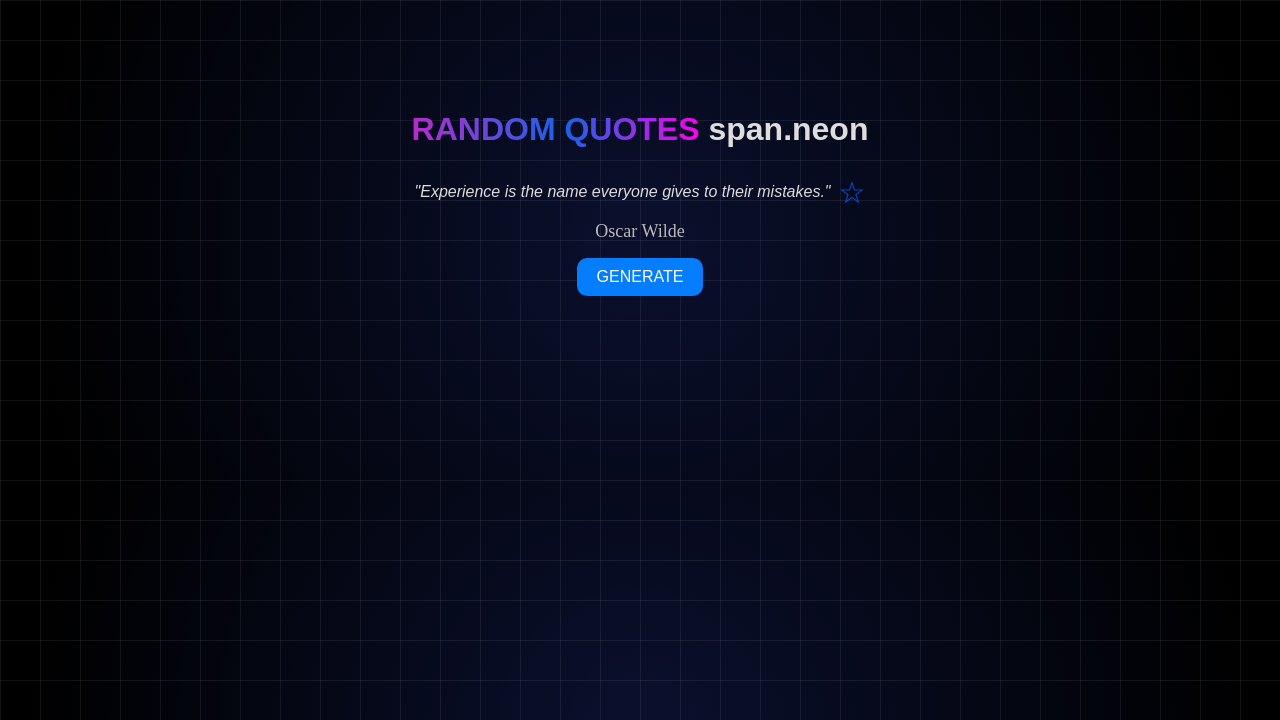
Repository: Adel-la/random-quotes
Page: index.html
These files come from the project's save history. The page is drawn as it stood at one moment and after the next save; the edit follows.
The browser window is 1280 px wide. The pictures show the whole page.

Above is the page before, as saved 2025-06-26 22:27:19.

### index.html
<!DOCTYPE html>
<html lang="ru">
<head>
  <meta charset="UTF-8" />
  <title>Random Quotes</title>
  <link rel="stylesheet" href="styles.css" />
</head>
<body>
  <main class="main">
    <h1 class="h1-title"> <span class="special-text">RANDOM QUOTES</span> span.neon</h1>
    <div class="quote-container">
      <p id="quote" class="quote"></p>
      <button id="favorite" class="favorite">☆</button>
    </div>
    <p id="author" class="quote-author"></p>
    <button id="generate" class="btn">GENERATE</button>

    <div id="favorites-container" class="favorites-container"></div>
  </mainс>
  <script type="module" src="main.js"></script>
</body>
</html>

### styles.css

body {
  font-family: Arial, sans-serif;
  color: aliceblue;
  box-sizing: border-box;
  margin: 0;
  padding: 20px;
}

.favorites-container{
  max-width: 600px;
  margin: 50px auto;
  text-align: center;
}

.btn{
  padding: 10px 20px;
  font-size: 16px;
  background-color: #047dff;
  color: #fff;
  border: none;
  cursor: pointer;
  border-radius: 10px;
  margin-top: 10px;
  transition: background-color 0.3s ease;
}

.btn:hover{
  background-color: #004691;
  transform: scale(1.1);
  transition: 0.2s;
}

.paragraph{
  background-color: #111111;
  border-radius: 5px;
  width: fit-content;
  padding: 5px;
  text-align: center;
  margin: 2px auto;
}

#quote::before,
#quote::after{
  content: '"';
}

.quote-container {
  display: inline-flex;
  align-items: center;
  justify-content: center;
  margin: 0 auto;
  border-radius: 5px;
  padding: 5px 10px;
}

/* Убираем фон из quote, чтобы весь блок (цитата + звезда) имел один фон */
.quote {
  margin: 0;
  padding: 0;
  font-style: italic;
  display: inline;
}

/* Звездочка вплотную к цитате */
.favorite {
  color: rgb(0, 89, 255);
  background-color: transparent;
  font-size: 30px;
  border: none;
  margin-left: 8px;
  cursor: pointer;
  padding: 0;
}

.favorite-card {
  border: 1px solid #333;
  border-left: 5px solid #047dff;
  padding: 12px 16px;
  margin: 12px ;
  border-radius: 12px;
  box-shadow: 0 2px 10px rgba(4, 125, 255, 0.1);
  transition: transform 0.2s ease, box-shadow 0.2s ease;
  position: relative;
  width: 225px;
  text-align: start;
  flex-shrink: 0;

}

.favorites-container {
  display: flex;
  flex-wrap: wrap;
  justify-content: center;
  gap: 10px;
}
.favorite-card:hover {
  transform: scale(1.02);
  box-shadow: 0 4px 15px rgba(4, 125, 255, 0.25);
}

.favorite-card .favorite-quote {
  font-style: italic;
  font-size: 16px;
  color: #ffffff;
  margin-bottom: 8px;
}

.favorite-card .quote-author {
  font-size: 14px;
  color: #bbbbbb;
  text-align: right;
}

.delete-btn {
  position: absolute;
  top: 0;
  right: 0;
  border: none;
  border-radius: 5px;
  color: white;
  background-color: transparent;
  cursor: pointer;
}

.delete-btn:hover {
  font-size: 15px;
  transition: 0.5s;
}

.quote-author{
  margin: 1px auto;
  width: fit-content;
  font-size: large;
  padding: 5px 15px;
  border-radius: 5px;
  font-family:'Times New Roman', Times, serif;
  color: #bababa;
}

.main{
  text-align: center;
  position: relative;
  border-radius: 12px;
  padding: 20px;
  margin: 50px auto;
  max-width: 600px;
  z-index: 1;
}

body {
  background: radial-gradient(circle at center, #0a0f2c 0%, #0a0f2c 4%, #000000 90%);

  position: relative;
  overflow: hidden;
  color: #ddd;
}

/* Тонкая светлая сетка */
body::before {
  content: "";
  position: fixed;
  top: 0; left: 0; right: 0; bottom: 0;
  background-image:
    linear-gradient(rgba(255,255,255,0.07) 1px, transparent 1px),
    linear-gradient(90deg, rgba(255,255,255,0.07) 1px, transparent 1px);
  background-size: 40px 40px;
  pointer-events: none;
  z-index: 0;
}


.special-text{
   font-weight: bold;
  font-size: 32px;
  background: linear-gradient(90deg, rgba(183, 43, 204, 1) 0%, rgba(23, 100, 232, 1) 53%, rgb(252, 2, 235) 100%);
  -webkit-background-clip: text;
  -webkit-text-fill-color: transparent;
}

### main.js
import quotes from './src/data/quotes.js';
import { generateAndDisplayQuote } from './src/handlers/quote.js';
import {
  generateBtn,
} from './src/ui/dom.js';




// Показать первую цитату сразу при загрузке страницы
generateAndDisplayQuote(quotes);

// Кнопка "Сгенерировать цитату"
generateBtn.addEventListener('click', () => {
  generateAndDisplayQuote(quotes);
});

### src/data/quotes.js
// Quotes array with English programming quotes and initial favorite = false
import { setQuoteId } from "../handlers/utils.js";
const quotes = [
  {
    text: "Code is like humor. When you have to explain it, it’s bad.",
    author: "Cory House",
    isFavorite: false,
  },
  {
    text: "First, solve the problem. Then, write the code.",
    author: "John Johnson",
    isFavorite: false,
  },
  {
    text: "Experience is the name everyone gives to their mistakes.",
    author: "Oscar Wilde",
    isFavorite: false,
  },
  {
    text: "In order to be irreplaceable, one must always be different.",
    author: "Coco Chanel",
    isFavorite: false,
  },
  {
    text: "Java is to JavaScript what car is to Carpet.",
    author: "Chris Heilmann",
    isFavorite: false,
  },
  {
    text: "Simplicity is the soul of efficiency.",
    author: "Austin Freeman",
    isFavorite: false,
  },
  {
    text: "Code never lies, comments sometimes do.",
    author: "Ron Jeffries",
    isFavorite: false,
  },
  {
    text: "Programming isn’t about what you know; it’s about what you can figure out.",
    author: "Chris Pine",
    isFavorite: false,
  },
  {
    text: "Make it work, make it right, make it fast.",
    author: "Kent Beck",
    isFavorite: false,
  },
  {
    text: "Any fool can write code that a computer can understand. Good programmers write code that humans can understand.",
    author: "Martin Fowler",
    isFavorite: false,
  }
];

setQuoteId(quotes)
export default quotes;

### src/handlers/quote.js
import { chooseRandomQuote } from './utils.js';
import { setRandomQuote } from '../core/state.js';
import { showQuote } from '../ui/index.js';
import { quoteElement, authorElement, favoriteBtn } from '../ui/dom.js';

// Функция генерации и отображения случайной цитаты
export function generateAndDisplayQuote(quotes) {
  const quote = chooseRandomQuote(quotes);
  setRandomQuote(quote);
  showQuote(quote, quoteElement, authorElement, favoriteBtn);
}

### src/ui/dom.js
export const quoteElement = document.getElementById('quote');
export const authorElement = document.getElementById('author');
export const generateBtn = document.getElementById('generate');
export const favoriteBtn = document.getElementById('favorite');
export const favoritesContainer = document.getElementById('favorites-container');

### src/handlers/utils.js
// Генерация уникального 8-символьного hex ID (буквы и цифры)
 function generateHexId() {
  return Math.floor(Math.random() * 0xffffffff)
    .toString(16)
    .padStart(8, '0');
}

export function setQuoteId(quotes) {
  quotes.forEach(quote => {
    if (!quote.id) {
      quote.id = generateHexId();
    }
  });
}

// Функция выбора случайной цитаты из массива
export function chooseRandomQuote(quotes) {
  const index = Math.floor(Math.random() * quotes.length);
  return quotes[index];
}

### src/core/state.js
import { chooseRandomQuote } from '../handlers/utils.js';
import quotes from '../data/quotes.js';

let currentQuote = null;

// Функция для получения текущей цитаты
export function getRandomQuote() {
  if (!currentQuote) {
    currentQuote = chooseRandomQuote(quotes);
  }
  return currentQuote;
}

// Устанавливаем текущую цитату
export function setRandomQuote(quote) {
  currentQuote = quote;
}

### src/ui/index.js
import { updateFavoriteButton } from '../handlers/favorites.js';

// Функция для отображения цитаты и автора на странице
export function showQuote(quote, quoteElement, authorElement, favoriteBtn) {
  if (!quote) return;

  const { text, author, isFavorite } = quote;

  quoteElement.textContent = text;
  authorElement.textContent = author ? ` ${author}` : ' Unknown';

  updateFavoriteButton(isFavorite, favoriteBtn);
}

### src/handlers/favorites.js
import { favoritesContainer, favoriteBtn } from '../ui/dom.js';
import quotes from '../data/quotes.js';
import { getRandomQuote } from '../core/state.js';
import { setQuoteId } from './utils.js';


// Создаём карточку избранной цитаты и добавляем в контейнер
export function addFavoriteCard(quoteObj, container) {
  const card = document.createElement('div');
  card.id = quoteObj.id;
  card.classList.add('favorite-card');

  card.innerHTML = `
      <button class="delete-btn">🗑</button>
      <p class="favorite-quote">${quoteObj.text}</p>
      <span class="quote-author">– ${quoteObj.author}</span>
    `;

  container.appendChild(card);
}

// Удаляем карточку цитаты из избранного
export function removeCardOfFavorite(container, quote) {
  const cards = container.querySelectorAll('.favorite-card');
  cards.forEach((card) => {
    if (card.id === quote.id) {
      card.remove();
    }
  });
}

// Обновляем кнопку избранного (звёздочку)
export function updateFavoriteButton(isFavorite, button) {
  button.textContent = isFavorite ? '★' : '☆';
}

// Обработчик клика по кнопке удаления на карточке
export function handleDeleteClick(event, container, quotes, favoriteButton) {
  if (!event.target.classList.contains('delete-btn')) return;

  const card = event.target.closest('.favorite-card');
  if (!card) return;

  const quoteObj = quotes.find((q) => q.id === card.id);
  if (!quoteObj) return;

  console.log(quoteObj.id, card.id)
  if (card.id === getRandomQuote().id) {
    updateFavoriteButton(false, favoriteButton);
  }
  quoteObj.isFavorite = false;

  card.remove();
}

// Переключение состояния избранного цитаты
export function toggleFavorite(quote, container, button) {
  quote.isFavorite = !quote.isFavorite;
  updateFavoriteButton(quote.isFavorite, button);

  if (quote.isFavorite) {
    addFavoriteCard(quote, container);
  } else {
    removeCardOfFavorite(container, quote);
  }
}

// Настройка обработчиков избранного (звёздочка и удаление карточек)
export function setupFavoriteHandlers(favoritesContainer, favoriteBtn, quotes) {
  favoriteBtn.addEventListener('click', () => {
    const quote = getRandomQuote();
    if (!quote) return;
    toggleFavorite(quote, favoritesContainer, favoriteBtn);
  });

  favoritesContainer.addEventListener('click', (event) => {
    handleDeleteClick(event, favoritesContainer, quotes, favoriteBtn);
  });
}

// Инициализация обработчиков
setupFavoriteHandlers(favoritesContainer, favoriteBtn, quotes);

After the next save:
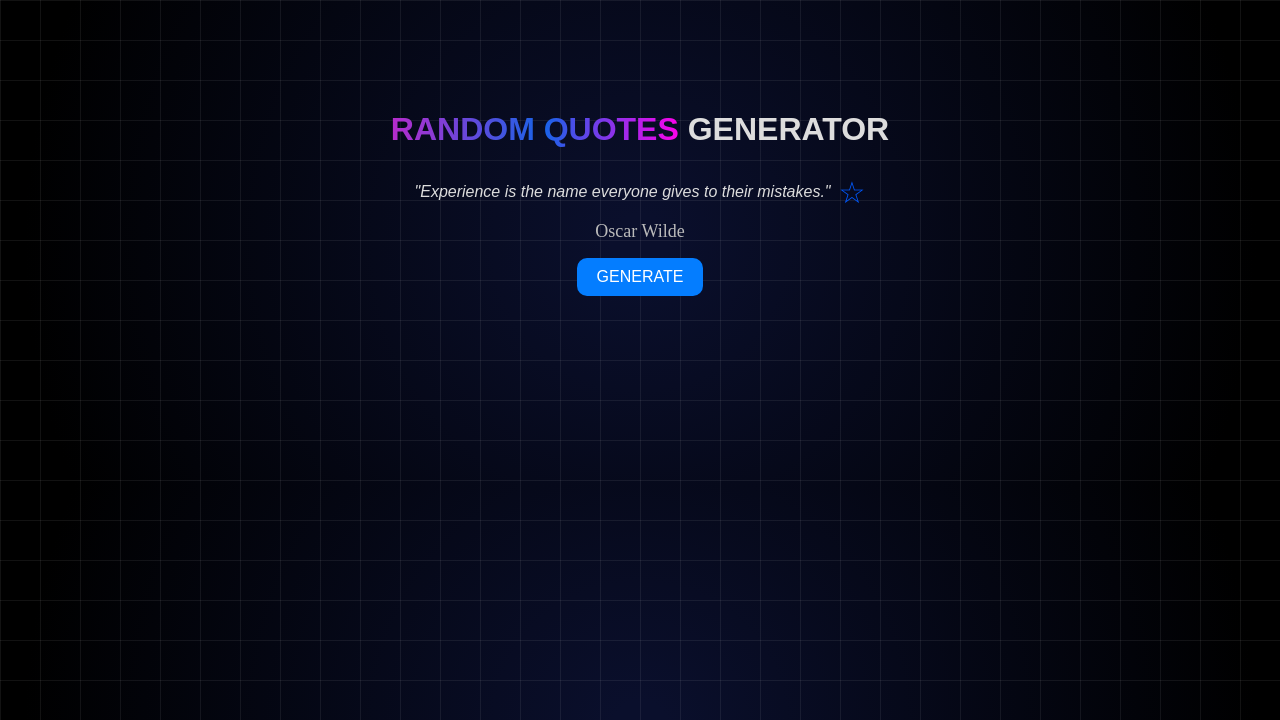
Saved 5 s later.
--- a/index.html
+++ b/index.html
@@ -7,7 +7,7 @@
 </head>
 <body>
   <main class="main">
-    <h1 class="h1-title"> <span class="special-text">RANDOM QUOTES</span> span.neon</h1>
+    <h1 class="h1-title"> <span class="special-text">RANDOM QUOTES</span> <span class="neon-text">GENERATOR</span></h1>
     <div class="quote-container">
       <p id="quote" class="quote"></p>
       <button id="favorite" class="favorite">☆</button>
